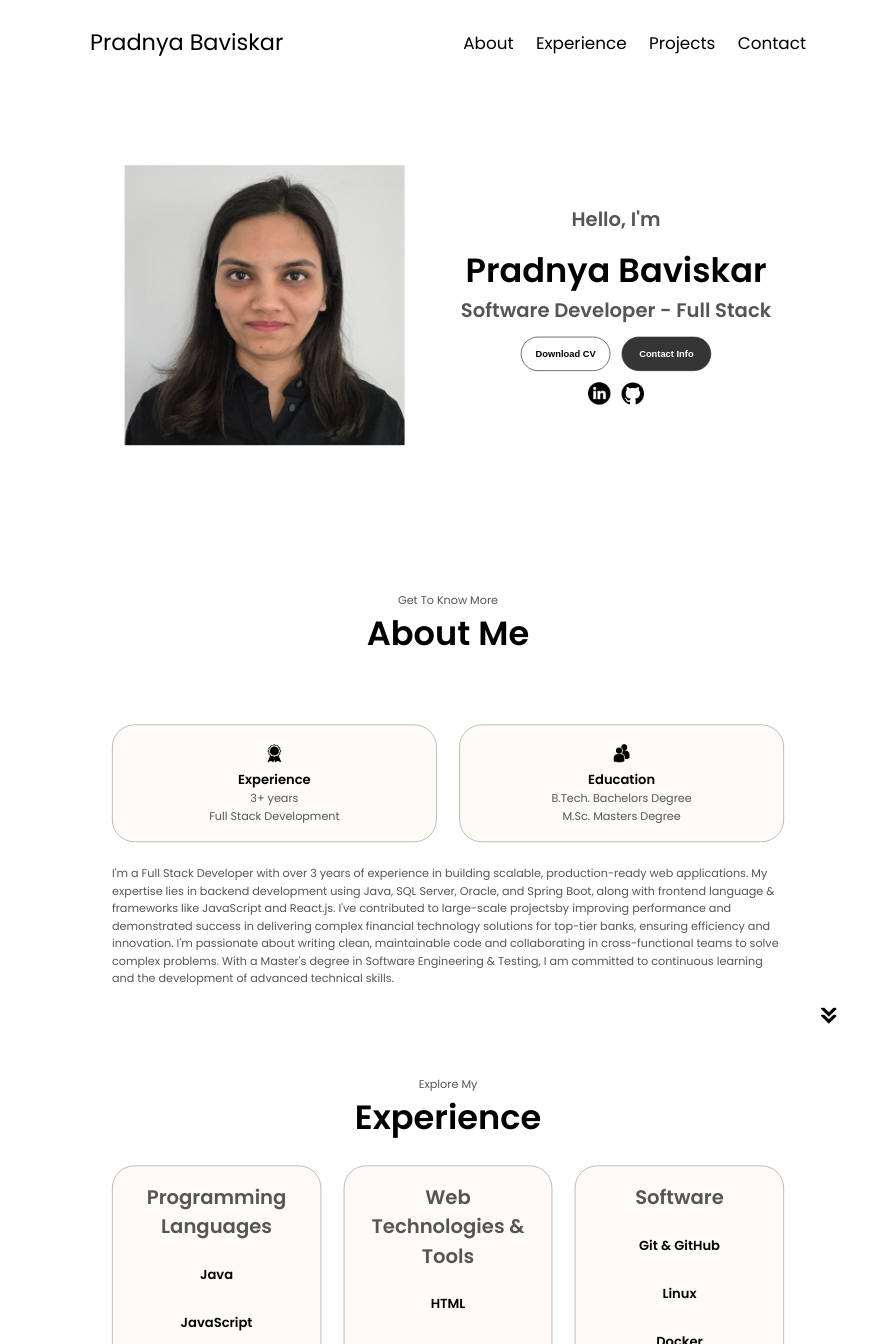
Repository: Pradnya-07/Portfolio-Pradnya
Page: index.html
These files come from the project's save history. The page is drawn as it stood at one moment and after the next save; the edit follows.
The browser window is 1280 px wide. The pictures show the part of the page from y = 0 to 1920 px (the page is 4473 px tall), at 70% of full size.

Above is the page before, as saved 2025-04-26 13:28:46.

### index.html
<!DOCTYPE html>
<html lang="en">
  <head>
    <meta charset="UTF-8" />
    <meta http-equiv="X-UA-Compatible" content="IE=edge" />
    <meta name="viewport" content="width=device-width, initial-scale=1.0" />
    <title>My Portfolio</title>
    <link rel="stylesheet" href="style.css" />
    <link rel="stylesheet" href="mediaqueries.css" />
  </head>
  <body>
    <nav id="desktop-nav">
      <div class="logo">Pradnya Baviskar</div>
      <div>
        <ul class="nav-links">
          <li><a href="#about">About</a></li>
          <li><a href="#experience">Experience</a></li>
          <li><a href="#projects">Projects</a></li>
          <li><a href="#contact">Contact</a></li>
        </ul>
      </div>
    </nav>
    <nav id="hamburger-nav">
      <div class="logo">Pradnya Baviskar</div>
      <div class="hamburger-menu">
        <div class="hamburger-icon" onclick="toggleMenu()">
          <span></span>
          <span></span>
          <span></span>
        </div>
        <div class="menu-links">
          <li><a href="#about" onclick="toggleMenu()">About</a></li>
          <li><a href="#experience" onclick="toggleMenu()">Experience</a></li>
          <li><a href="#projects" onclick="toggleMenu()">Projects</a></li>
          <li><a href="#contact" onclick="toggleMenu()">Contact</a></li>
        </div>
      </div>
    </nav>
    <section id="profile">
      <div class="section__pic-container">
        <img src="./assets/profile-pic.JPG" alt="Pradnya Baviskar profile picture" />
      </div>
      <div class="section__text">
        <p class="section__text__p2">Hello, I'm</p>
        <h1 class="title">Pradnya Baviskar</h1>
        <p class="section__text__p2">Software Developer - Full Stack</p>
        <div class="btn-container">
          <button
            class="btn btn-color-2"
            onclick="window.open('./assets/resume-example.pdf')"
          >
            Download CV
          </button>
          <button class="btn btn-color-1" onclick="location.href='#contact'">
            Contact Info
          </button>
        </div>
        <div id="socials-container">
          <img
            src="./assets/linkedin.png"
            alt="My LinkedIn profile"
            class="icon"
            onclick="location.href='https://linkedin.com/'"
          />
          <img
            src="./assets/github.png"
            alt="My Github profile"
            class="icon"
            onclick="location.href='https://github.com/'"
          />
        </div>
      </div>
    </section>
    <section id="about">
      <p class="section__text__p1">Get To Know More</p>
      <h1 class="title">About Me</h1>
      <div class="section-container">

        <div class="about-details-container">
          <div class="about-containers">
            <div class="details-container">
              <img
                src="./assets/experience.png"
                alt="Experience icon"
                class="icon"
              />
              <h3>Experience</h3>
              <p>3+ years <br />Full Stack Development</p>
            </div>
            <div class="details-container">
              <img
                src="./assets/education.png"
                alt="Education icon"
                class="icon"
              />
              <h3>Education</h3>
              <p>B.Tech. Bachelors Degree<br />M.Sc. Masters Degree</p>
            </div>
          </div>
          <div class="text-container">
            <p>
              I'm a Full Stack Developer with over 3 years of experience in building scalable, production-ready web applications.
              My expertise lies in backend development using Java, SQL Server, Oracle, and Spring Boot, along with frontend language & frameworks like JavaScript and React.js.
              I've contributed to large-scale projectsby improving performance and demonstrated success in delivering complex financial technology solutions for top-tier banks, ensuring efficiency and innovation.
              I'm passionate about writing clean, maintainable code and collaborating in cross-functional teams to solve complex problems.
              With a Master's degree in Software Engineering & Testing, I am committed to continuous learning and the development of advanced technical skills.

            </p>
          </div>
        </div>
      </div>
      <img
        src="./assets/arrow.png"
        alt="Arrow icon"
        class="icon arrow"
        onclick="location.href='#experience'"
      />
    </section>
    <section id="experience">
      <p class="section__text__p1">Explore My</p>
      <h1 class="title">Experience</h1>
      <div class="experience-details-container">
        <div class="about-containers">
          <div class="details-container">
            <h2 class="experience-sub-title">Programming Languages</h2>
            <div class="article-container">
              <article class="skills">

                <div>
                  <h3 class="skills">Java</h3>
                </div>
              </article>
              <article class="skills">

                <div>
                  <h3 class="skills">JavaScript</h3>

                </div>
              </article>
              <article class="skills">

                <div>
                  <h3 class="skills">SQL</h3>

                </div>
              </article>
              <article class="skills">

                <div>
                  <h3 class="skills">C++</h3>

                </div>
              </article>
              <article class="skills">

                <div>
                  <h3>Python</h3>
                </div>
              </article>
              <article class="skills">

                <div>
                  <h3 class="skills">C</h3>
                </div>
              </article>

            </div>
          </div>

          <div class="details-container">
            <h2 class="experience-sub-title">Web Technologies & Tools</h2>
            <div class="article-container">
              <article>

                <div>
                  <h3>HTML</h3>
                </div>
              </article>
              <article>

                <div>
                  <h3>CSS</h3>
                </div>
              </article>
              <article>

                <div>
                  <h3>Bootstrap</h3>
                </div>
              </article>
              <article>

                <div>
                  <h3>ReactJS</h3>
                </div>
              </article>
              <article>

                <div>
                  <h3>NodeJS</h3>
                </div>
              </article>
              <article>

                <div>
                  <h3>ExpressJS</h3>
                </div>
              </article>
            </div>
          </div>

          <div class="details-container">
            <h2 class="experience-sub-title">Software</h2>
            <div class="article-container">
              <article>

                <div>
                  <h3>Git & GitHub</h3>
                </div>
              </article>
              <article>

                <div>
                  <h3>Linux</h3>
                </div>
              </article>



              <article>

                <div>
                  <h3>Docker</h3>
                </div>
              </article>
              <article>

                <div>
                  <h3>Jira</h3>
                </div>
              </article>
              <article>

                <div>
                  <h3 class="skills">Agile Methodology</h3>
                </div>
              </article>
            </div>
          </div>

          <div class="details-container">
            <h2 class="experience-sub-title">Databases & Testing Tools</h2>
            <div class="article-container">
              <article>

                <div>
                  <h3>MySQL</h3>
                </div>
              </article>
              <article>

                <div>
                  <h3>Oracle</h3>
                </div>
              </article>
              <article>

                <div>
                  <h3>MongoDB</h3>
                </div>
              </article>
              <article>

                <div>
                  <h3>Postman</h3>
                </div>
              </article>
              <article>

                <div>
                  <h3>SoapUI</h3>
                </div>
              </article>

            </div>
          </div>


        </div>
      </div>
      <img
        src="./assets/arrow.png"
        alt="Arrow icon"
        class="icon arrow"
        onclick="location.href='#projects'"
      />
    </section>

    <section id="projects">
      <p class="section__text__p1">Browse My Recent</p>
      <h1 class="title">Projects</h1>
      <div class="experience-details-container">
        <div class="about-containers">
          <div class="details-container color-container">
            <div class="article-container">
              <img
                src="./assets/project1.png"
                alt="Project 1"
                class="project-img"
              />
            </div>
            <h2 class="experience-sub-title project-title">My Book Nest</h2>
            <div class="btn-container">
              <button
                class="btn btn-color-2 project-btn"
                onclick="location.href='https://github.com/Pradnya-07/Pradnya-s_Library'"
              >
                Github
              </button>
              <button
                class="btn btn-color-2 project-btn"
                onclick="location.href='https://pradnya-s-library.onrender.com'"
              >
                Live Demo
              </button>
            </div>
          </div>
          <div class="details-container color-container">
            <div class="article-container">
              <img
                src="./assets/scam.png"
                alt="Project 2"
                class="project-img"
              />
            </div>
            <h2 class="experience-sub-title project-title">Spam Email Detection</h2>
            <div class="btn-container">
              <button
                class="btn btn-color-2 project-btn"
                onclick="location.href='https://github.com/Pradnya-07/Spam_Email_Detection'"
              >
                Github
              </button>
              <button
                class="btn btn-color-2 project-btn"
                onclick="location.href='https://spam-email-detection-9in7.onrender.com'"
              >
                Live Demo
              </button>
            </div>
          </div>
          <div class="details-container color-container">
            <div class="article-container">
              <img
                src="./assets/forecast.png"
                alt="Project 3"
                class="project-img"
              />
            </div>
            <h2 class="experience-sub-title project-title">Weather Forecast</h2>
            <div class="btn-container">
              <button
                class="btn btn-color-2 project-btn"
                onclick="location.href='https://github.com/Pradnya-07/Weather-Dashboard'"
              >
                Github
              </button>
              <button
                class="btn btn-color-2 project-btn"
                onclick="location.href='https://pradnya-07.github.io/Weather-Dashboard/'"
              >
                Live Demo
              </button>
            </div>
          </div>
        </div>
      </div>
      <img
        src="./assets/arrow.png"
        alt="Arrow icon"
        class="icon arrow"
        onclick="location.href='#contact'"
      />
    </section>
    <section id="contact">


      <div class="contact-info-upper-container">
        <div class="contact-info-container">
          <img
            src="./assets/email.png"
            alt="Email icon"
            class="icon contact-icon email-icon"
          />
          <p><a href="mailto:pradnyabaviskar56p@gmail.com">pradnyabaviskar56p@gmail.com</a></p>
        </div>
        <div class="contact-info-container">
          <img
            src="./assets/linkedin.png"
            alt="LinkedIn icon"
            class="icon contact-icon"
          />
          <p><a href="https://www.linkedin.com">LinkedIn</a></p>
        </div>
      </div>
    </section>
    <footer>
      <nav>
        <div class="nav-links-container">
          <ul class="nav-links">
            <li><a href="#about">About</a></li>
            <li><a href="#experience">Experience</a></li>
            <li><a href="#projects">Projects</a></li>
            <li><a href="#contact">Contact</a></li>
          </ul>
        </div>
      </nav>
      <p>Copyright &#169; 2025 Pradnya Baviskar. All Rights Reserved.</p>
    </footer>
    <script src="script.js"></script>
  </body>
</html>

### style.css
/* GENERAL */

@import url("https://fonts.googleapis.com/css2?family=Poppins:wght@300;400;500;600&display=swap");

* {
  margin: 0;
  padding: 0;
}

body {
  font-family: "Poppins", sans-serif;
}

html {
  scroll-behavior: smooth;
}

p {
  color: rgb(85, 85, 85);
}

/* TRANSITION */

a,
.btn {
  transition: all 300ms ease;
}

/* DESKTOP NAV */

nav,
.nav-links {
  display: flex;
}

nav {
  justify-content: space-around;
  align-items: center;
  height: 17vh;
}

.nav-links {
  gap: 2rem;
  list-style: none;
  font-size: 1.5rem;
}

a {
  color: black;
  text-decoration: none;
  text-decoration-color: white;
}

a:hover {
  color: grey;
  text-decoration: underline;
  text-underline-offset: 1rem;
  text-decoration-color: rgb(181, 181, 181);
}

.logo {
  font-size: 2rem;
}

.logo:hover {
  cursor: default;
}

/* HAMBURGER MENU */

#hamburger-nav {
  display: none;
}

.hamburger-menu {
  position: relative;
  display: inline-block;
}

.hamburger-icon {
  display: flex;
  flex-direction: column;
  justify-content: space-between;
  height: 24px;
  width: 30px;
  cursor: pointer;
}

.hamburger-icon span {
  width: 100%;
  height: 2px;
  background-color: black;
  transition: all 0.3 ease-in-out;
}

.menu-links {
  position: absolute;
  top: 100%;
  right: 0;
  background-color: white;
  width: fit-content;
  max-height: 0;
  overflow: hidden;
  transition: all 0.3 ease-in-out;
}

.menu-links a {
  display: block;
  padding: 10px;
  text-align: center;
  font-size: 1.5rem;
  color: black;
  text-decoration: none;
  transition: all 0.3 ease-in-out;
}

.menu-links li {
  list-style: none;
}

.menu-links.open {
  max-height: 300px;
}

.hamburger-icon.open span:first-child {
  transform: rotate(45deg) translate(10px, 5px);
}

.hamburger-icon.open span:nth-child(2) {
  opacity: 0;
}

.hamburger-icon.open span:last-child {
  transform: rotate(-45deg) translate(10px, -5px);
}

.hamburger-icon span:first-child {
  transform: none;
}

.hamburger-icon span:first-child {
  opacity: 1;
}

.hamburger-icon span:first-child {
  transform: none;
}

/* SECTIONS */

section {
  padding-top: 4vh;
  height: 96vh;
  margin: 0 10rem;
  box-sizing: border-box;
  min-height: fit-content;
}

.section-container {
  display: flex;
}

.skills {
  text-align: center;

}

/* PROFILE SECTION */

#profile {
  display: flex;
  justify-content: center;
  gap: 5rem;
  height: 80vh;
}

.section__pic-container {
  display: flex;
  height: 400px;
  width: 400px;
  margin: auto 0;
}

.section__text {
  align-self: center;
  text-align: center;
}

.section__text p {
  font-weight: 600;
}

.section__text__p1 {
  text-align: center;
}

.section__text__p2 {
  font-size: 1.75rem;
  margin-bottom: 1rem;
}

.title {
  font-size: 3rem;
  text-align: center;
}

#socials-container {
  display: flex;
  justify-content: center;
  margin-top: 1rem;
  gap: 1rem;
}

/* ICONS */

.icon {
  cursor: pointer;
  height: 2rem;
}

/* BUTTONS */

.btn-container {
  display: flex;
  justify-content: center;
  gap: 1rem;
}

.btn {
  font-weight: 600;
  transition: all 300ms ease;
  padding: 1rem;
  width: 8rem;
  border-radius: 2rem;
}

.btn-color-1,
.btn-color-2 {
  border: rgb(53, 53, 53) 0.1rem solid;
}

.btn-color-1:hover,
.btn-color-2:hover {
  cursor: pointer;
}

.btn-color-1,
.btn-color-2:hover {
  background: rgb(53, 53, 53);
  color: white;
}

.btn-color-1:hover {
  background: rgb(0, 0, 0);
}

.btn-color-2 {
  background: none;
}

.btn-color-2:hover {
  border: rgb(255, 255, 255) 0.1rem solid;
}

.btn-container {
  gap: 1rem;
}

/* ABOUT SECTION */

#about {
  position: relative;
}

.about-containers {
  gap: 2rem;
  margin-bottom: 2rem;
  margin-top: 2rem;
}

.about-details-container {
  justify-content: center;
  flex-direction: column;
}

.about-containers,
.about-details-container {
  display: flex;
}

.about-pic {
  border-radius: 2rem;
}

.arrow {
  position: absolute;
  right: -5rem;
  bottom: 2.5rem;
}

.details-container {
  padding: 1.5rem;
  flex: 1;
  background: rgb(232 188 130 / 7%);
  border-radius: 2rem;
  border: rgb(53, 53, 53) 0.1rem solid;
  border-color: rgb(163, 163, 163);
  text-align: center;
}

.section-container {
  gap: 4rem;
  height: 80%;
}

.section__pic-container {
  height: 400px;
  width: 400px;
  margin: auto 0;
}

/* EXPERIENCE SECTION */

#experience {
  position: relative;
}

.experience-sub-title {
  color: rgb(85, 85, 85);
  font-weight: 600;
  font-size: 1.75rem;
  margin-bottom: 2rem;
}

.experience-details-container {
  display: flex;
  justify-content: center;
  flex-direction: column;
}

.article-container {
  display: flex;
  text-align: initial;
  flex-wrap: wrap;
  flex-direction: row;
  gap: 2.5rem;
  justify-content: space-around;
}

article {
  display: flex;
  width: 10rem;
  justify-content: space-around;
  gap: 0.5rem;
}

article .icon {
  cursor: default;
}

/* PROJECTS SECTION */

#projects {
  position: relative;
  margin-top: 10%;
}

.color-container {
  border-color: rgb(163, 163, 163);
  background: rgb(232 188 130 / 7%);
}

.project-img {
  border-radius: 2rem;
  width: 90%;
  height: 90%;
}

.project-title {
  margin: 1rem;
  color: black;
}

.project-btn {
  color: black;
  border-color: rgb(163, 163, 163);
}

/* CONTACT */

#contact {
  display: flex;
  justify-content: center;
  flex-direction: column;
  height: 70vh;
}

.contact-info-upper-container {
  display: flex;
  justify-content: center;
  border-radius: 2rem;
  border: rgb(53, 53, 53) 0.1rem solid;
  border-color: rgb(163, 163, 163);
  background: (250, 250, 250);
  margin: 2rem auto;
  padding: 0.5rem;
  background-color: rgb(232 188 130 / 7%);
}

.contact-info-container {
  display: flex;
  align-items: center;
  justify-content: center;
  gap: 0.5rem;
  margin: 1rem;
}

.contact-info-container p {
  font-size: larger;
}

.contact-icon {
  cursor: default;
}

.email-icon {
  height: 2.5rem;
}

/* FOOTER SECTION */

footer {
  height: 26vh;
  margin: 0 1rem;
}

footer p {
  text-align: center;
}

### mediaqueries.css
@media screen and (max-width: 1400px) {
  #profile {
    height: 83vh;
    margin-bottom: 6rem;
  }
  .about-containers {
    flex-wrap: wrap;
  }
  #contact,
  #projects {
    height: fit-content;
  }
}

@media screen and (max-width: 1200px) {
  #desktop-nav {
    display: none;
  }
  #hamburger-nav {
    display: flex;
  }
  #experience,
  .experience-details-container {
    margin-top: 2rem;
  }
  #profile,
  .section-container {
    display: block;
  }
  .arrow {
    display: none;
  }
  section,
  .section-container {
    height: fit-content;
  }
  section {
    margin: 0 5%;
  }
  .section__pic-container {
    width: 275px;
    height: 275px;
    margin: 0 auto 2rem;
  }
  .about-containers {
    margin-top: 0;
  }
}

@media screen and (max-width: 600px) {
  #contact,
  footer {
    height: 40vh;
  }
  #profile {
    height: 83vh;
    margin-bottom: 0;
  }
  article {
    font-size: 1rem;
  }
  footer nav {
    height: fit-content;
    margin-bottom: 2rem;
  }
  .about-containers,
  .contact-info-upper-container,
  .btn-container {
    flex-wrap: wrap;
  }
  .contact-info-container {
    margin: 0;
  }
  .contact-info-container p,
  .nav-links li a {
    font-size: 1rem;
  }
  .experience-sub-title {
    font-size: 1.25rem;
  }
  .logo {
    font-size: 1.5rem;
  }
  .nav-links {
    flex-direction: column;
    gap: 0.5rem;
    text-align: center;
  }
  .section__pic-container {
    width: auto;
    height: 46vw;
    justify-content: center;
  }
  .section__text__p2 {
    font-size: 1.25rem;
  }
  .title {
    font-size: 2rem;
  }
  .text-container {
    text-align: justify;
  }
}

Loaded but not shown: script.js (common file)

After the next save:
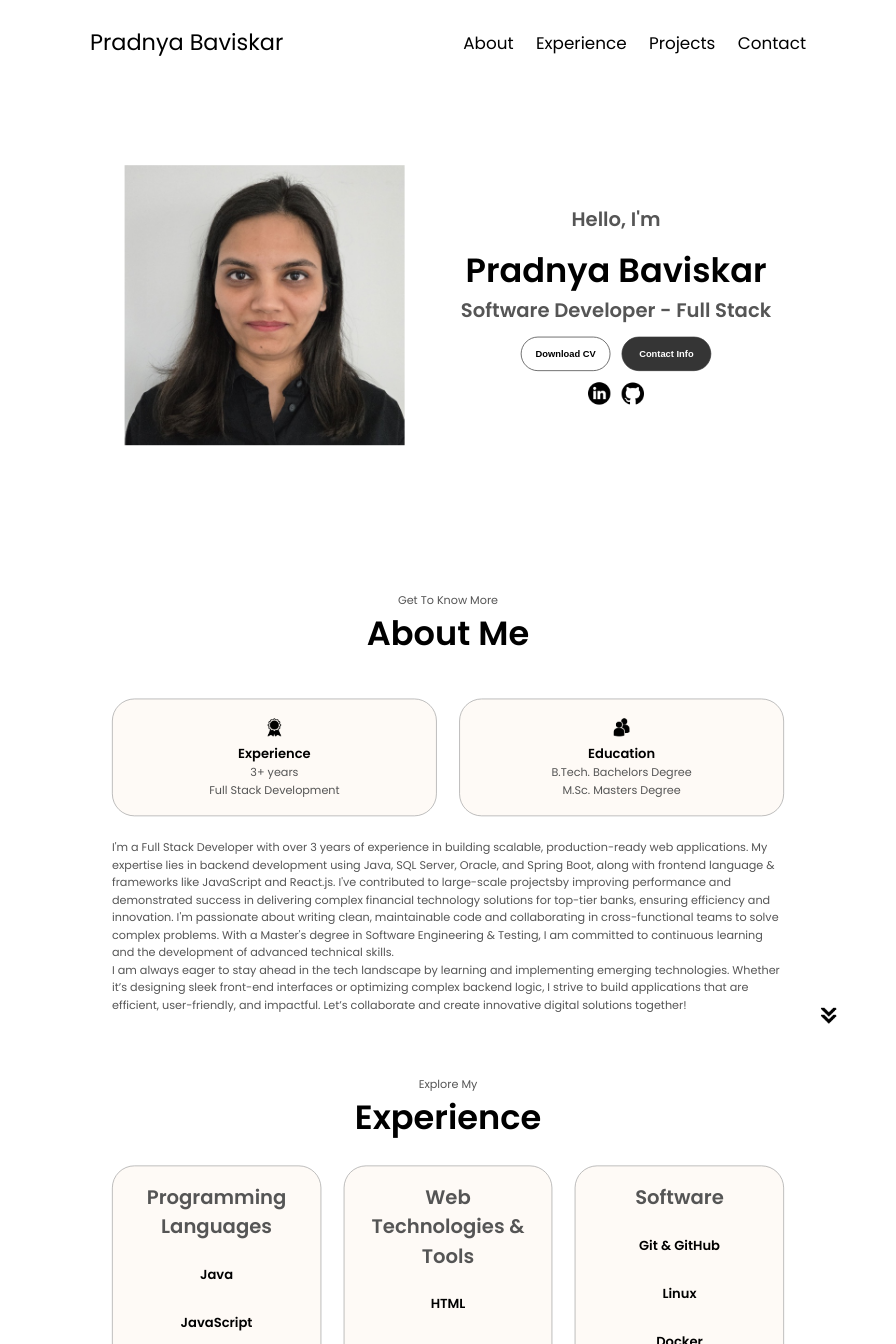
Saved 11 min 24 s later.
--- a/index.html
+++ b/index.html
@@ -106,6 +106,12 @@
               With a Master's degree in Software Engineering & Testing, I am committed to continuous learning and the development of advanced technical skills.
 
             </p>
+            <p>
+              I am always eager to stay ahead in the tech landscape by learning and implementing emerging technologies.
+              Whether it’s designing sleek front-end interfaces or optimizing complex backend logic,
+              I strive to build applications that are efficient, user-friendly, and impactful.
+              Let’s collaborate and create innovative digital solutions together!
+            </p>
           </div>
         </div>
       </div>
